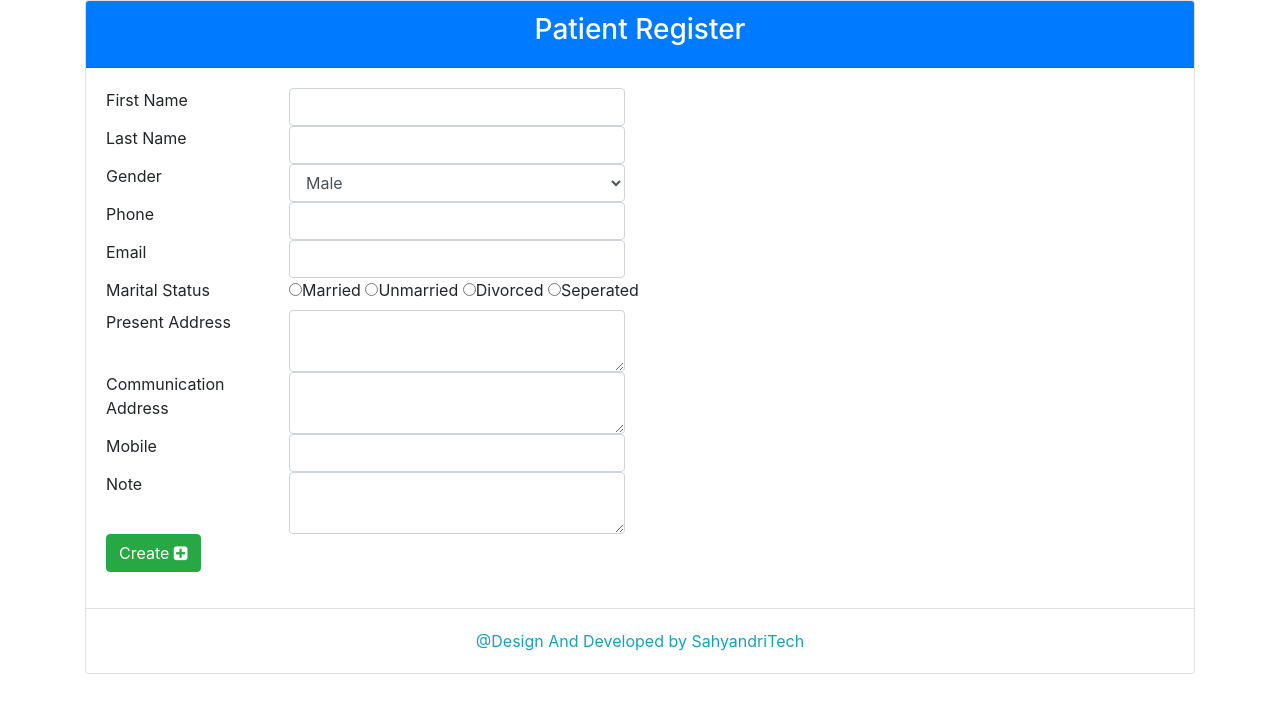
Repository: AmolRajuru11/HealthCareEx
Page: http://localhost/PatientRegister
These files come from the project's save history. The page is drawn as it stood at one moment and after a run of saves; the edit follows.
The browser window is 1280 px wide. The pictures show the whole page.
The page is this project's Thymeleaf template; nobody is signed in. The template is opened directly, without the code that normally fills it, so the values that code supplies are empty.

Above is the page before, as saved 2021-10-19 13:23:45.

### HeathCare/src/main/resources/templates/PatientRegister.html
<html xmlns:th="https://www.thymeleaf.org/">
<head>
<link rel="stylesheet"
	href="https://cdn.jsdelivr.net/npm/bootstrap@4.5.3/dist/css/bootstrap.min.css" />
<script src="https://code.jquery.com/jquery-3.5.1.min.js"></script>
<script
	src="https://cdn.jsdelivr.net/npm/bootstrap@4.5.3/dist/js/bootstrap.bundle.min.js"></script>
<link rel="stylesheet"
	href="https://cdnjs.cloudflare.com/ajax/libs/font-awesome/4.7.0/css/font-awesome.css" />
</head>
<body>
	<div class="container">
		<div class="card">
			<div class="card-header bg-primary text-center text-white">
				<h3>Patient Register</h3>
			</div>
			<div class="card-body">
				<form th:action="@{/patient/save}" method="POST" id="specRegForm">

					<!--row #1-->
					<div class="row">
						<div class="col-2">
							<label for="firstName">First Name</label>
						</div>
						<div class="col-4">
							<input type="text" name="firstName" id="firstName"
								class="form-control" />
						</div>
						<div class="col-6">
							<span id="firstNameError"></span>
						</div>
					</div>

					<!--row #2-->
					<div class="row">
						<div class="col-2">
							<label for="lastName">Last Name</label>
						</div>
						<div class="col-4">
							<input type="text" name="lastName" id="lastName"
								class="form-control" />
						</div>
						<div class="col-6">
							<span id="lastNameError"></span>
						</div>
					</div>

					<!-- row #3 -->
					<div class="row">
						<div class="col-2">
							<label for="gender">Gender</label>
						</div>
						<div class="col-4">
							<select name="gender" id="gender" class="form-control">
								<option value="Male">Male</option>
								<option value="Female">Female</option>
								<option value="Other">Other</option>
							</select>
						</div>
						<div class="col-6">
							<span id="genderError"></span>
						</div>
					</div>

					<!-- row #4 -->
					<div class="row">
						<div class="col-2">
							<label for="mobile">Phone</label>
						</div>
						<div class="col-4">
							<input type="text" name="mobile" id="mobile" class="form-control" />
						</div>
						<div class="col-6">
							<span id="mobileError"></span>
						</div>
					</div>


					<!-- row #5 -->
					<div class="row">
						<div class="col-2">
							<label for="email">Email</label>
						</div>
						<div class="col-4">
							<input type="text" name="email" id="email" class="form-control" />
						</div>
						<div class="col-6">
							<span id="emailError"></span>
						</div>
					</div>

					<!-- row #6 -->
					<div class="row">
						<div class="col-2">
							<label for="marialStatus">Marital Status</label>
						</div>
						<div class="col-5">
							<input type="radio" name="marialStatus" id="marialStatus1"
								value="Married" />Married <input type="radio"
								name="marialStatus" id="marialStatus2" value="Unmarried" />Unmarried
							<input type="radio" name="marialStatus" id="marialStatus3"
								value="Divorced" />Divorced <input type="radio"
								name="marialStatus" id="marialStatus4" value="Seperated" />Seperated
						</div>
						<div class="col-5">
							<span id="marialStatusError"></span>
						</div>
					</div>


					<!-- row #7 -->
					<div class="row">
						<div class="col-2">
							<label for="presentAddr">Present Address</label>
						</div>
						<div class="col-4">
							<textarea name="presentAddr" id="presentAddr"
								class="form-control"></textarea>
						</div>
						<div class="col-6">
							<span id="presentAddrError"></span>
						</div>
					</div>

					<!-- row #8 -->
					<div class="row">
						<div class="col-2">
							<label for="commAddr">Communication Address</label>
						</div>
						<div class="col-4">
							<textarea name="commAddr" id="commAddr" class="form-control"></textarea>
						</div>
						<div class="col-6">
							<span id="commAddrError"></span>
						</div>
					</div>


					<!-- row #5 -->
					<div class="row">
						<div class="col-2">
							<label for="mobile">Mobile</label>
						</div>
						<div class="col-4">
							<input type="text" name="mobile" id="mobile" class="form-control" />
						</div>
						<div class="col-6">
							<span id="mobileError"></span>
						</div>
					</div>

					<!--row #7-->
					<div class="row">
						<div class="col-2">
							<label for="note">Note</label>
						</div>
						<div class="col-4">
							<textarea name="note" id="note" class="form-control"></textarea>
						</div>
						<div class="col-6">
							<span id="noteError"></span>
						</div>
					</div>
					<button type="submit" class="btn btn-success">
						Create <i class="fa fa-plus-square" aria-hidden="true"></i>
					</button>
				</form>
			</div>
			<div class="card-footer bg-white text-info text-center">
				<span th:text="${message}"></span> <span class="navbar-text">@Design
					And Developed by SahyandriTech </span>
			</div>
		</div>
	</div>
	<script th:src="@{/myjs/uploadImgBb.js}"></script>
</body>
</html>

### HeathCare/src/main/resources/static/myjs/uploadImgBb.js
function uploadFile() {
	var file = document.getElementById("fileOb");
	var form = new FormData();
	form.append("image", file.files[0]);
	var inputs = {
		url : "https://api.imgbb.com/1/upload?key=71a0c6e048cb7585f234207f896603d2",
		method : "POST",
		timeout : 0,
		processData : false,
		mimeType : "multipart/form-data",
		contentType : false,
		data : form,
	};

	$.ajax(inputs).done(function(response) {
		var job = JSON.parse(response);
		$("#photoLoc").val(job.data.url);
	});

}

After the next 2 saves:
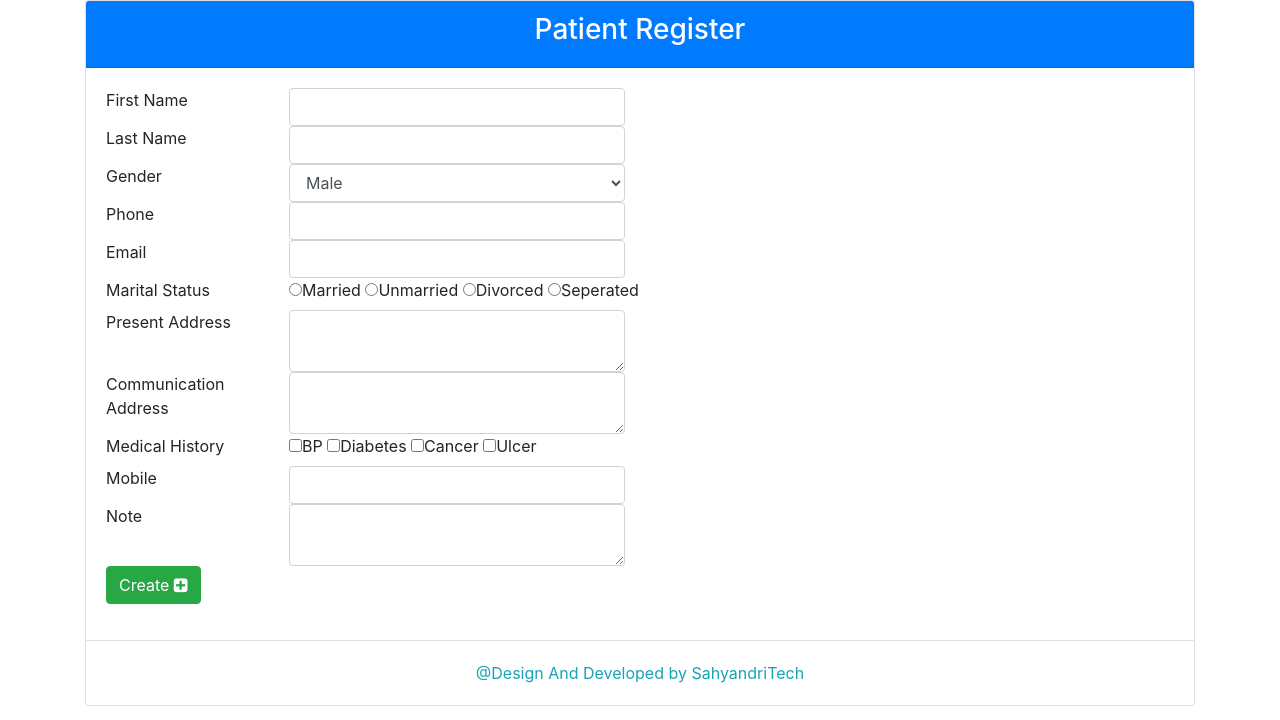
The 2 saves are shown as one change because they came seconds apart.
The last was saved 5 min 37 s later.
--- a/HeathCare/src/main/resources/templates/PatientRegister.html
+++ b/HeathCare/src/main/resources/templates/PatientRegister.html
@@ -135,6 +135,25 @@
 						</div>
 					</div>
 
+					<!-- row #9 -->
+					<div class="row">
+						<div class="col-2">
+							<label for="mediHistory">Medical History</label>
+						</div>
+						<div class="col-4">
+							<input type="checkbox" name="mediHistory" id="mediHistory1"
+								value="BP" />BP <input type="checkbox" name="mediHistory"
+								id="mediHistory2" value="Diabetes" />Diabetes <input
+								type="checkbox" name="mediHistory" id="mediHistory3"
+								value="Cancer" />Cancer <input type="checkbox"
+								name="mediHistory" id="mediHistory4" value="Ulcer" />Ulcer
+						</div>
+						<div class="col-6">
+							<span id="mediHistoryError"></span>
+						</div>
+					</div>
+
+
 
 					<!-- row #5 -->
 					<div class="row">
